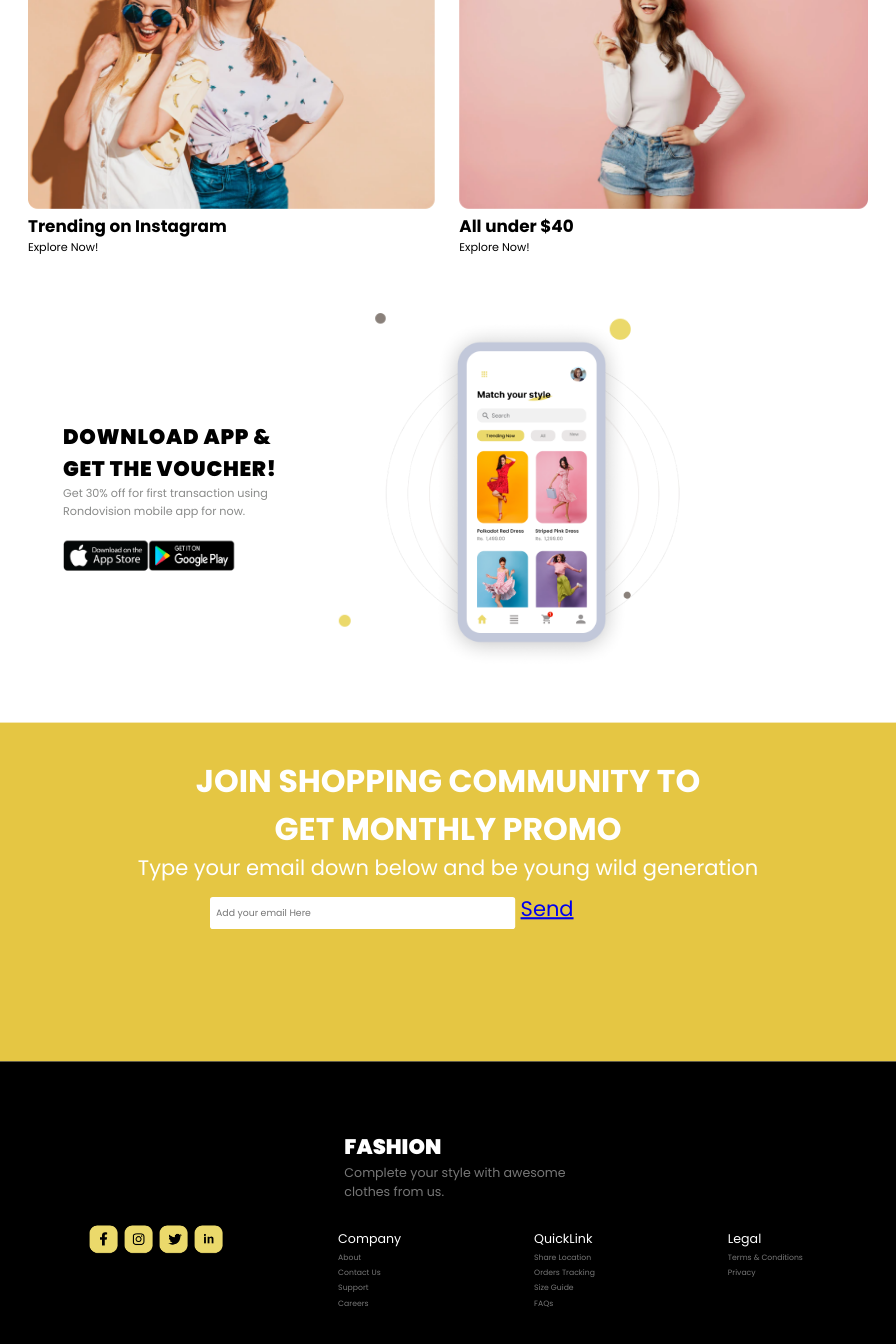
Repository: isaacCodes1/FashionWebsite
Page: index.html
An editor plug-in stored every save of this project. The page is shown before and after the next save, followed by the edit.
The browser window is 1280 px wide. The pictures show the part of the page from y = 2536 to 4456 px (the page is 4456 px tall before and 4418 px after), at 70% of full size.

Above is the page before, as saved 2024-03-14 10:35:16.

### index.html
<!DOCTYPE html>
<html lang="en">
  <head>
    <meta charset="UTF-8" />
    <meta name="viewport" content="width=device-width, initial-scale=1.0" />
    <title>Shopping Site Assignment</title>
    <link rel="stylesheet" href="style.css" />
  </head>
  <body>
    <header>
      <nav>
        <!--------- NavItems ------->
        <div class="image">
          <a href="#"><img src="/Assets/Vector (3).png" />FASHION</a>
        </div>
        <div class="navItems">
          <ul>
            <li><a href="#">CATALOGUE</a></li>
            <li><a href="#">FASHION</a></li>
            <li><a href="#">FAVORITE</a></li>
            <li><a href="#">LIFESTYLE</a></li>
          </ul>
          <button>SIGN UP</button>
        </div>
      </nav>
    </header>
    <main>
      <!------- FirstPage ------>
      <section class="firstPageCont">
        <div class="FirstPage">
          <div class="txtCont">
            <h1>
              <span class="spn1">LET'S <br /></span>EXPLORE <br />
              <span class="spn2">UNIQUE <br /></span>CLOTHES.
            </h1>
            <p>Live for Influential and Innovative fashion!</p>
            <div class="txtBtn">
              <img src="/Assets/Vector 9.png" alt="" />
              <button class="btns">Shop Now</button>
            </div>
          </div>
          <div class="imgCont">
            <div class="star1"><img src="/Assets/Star 11.png" alt="" /></div>
            <div class="star2"><img src="/Assets/Star 11.png" alt="" /></div>
            <div class="star3"><img src="/Assets/Star 11.png" alt="" /></div>
            <div class="star4"><img src="/Assets/Star 11.png" alt="" /></div>
            <img src="/Assets/girl.png" alt="" />
          </div>
        </div>
      </section>
      <!------ Logos ------->
      <section class="firstPageFooter">
        <div class="logoCont">
          <img src="/Assets/HM.png" alt="" />
          <img src="/Assets/Obey.png" alt="" />
          <img src="/Assets/Shopify.png" alt="" />
          <img src="/Assets/Lacoste.png" alt="" />
          <img src="/Assets/Levis.png" alt="" />
          <img src="/Assets/Amazon.png" alt="" />
        </div>
      </section>
      <section class="nextPageCont">
        <div class="nextPageText">
          <h1>NEW ARRIVALS</h1>
          <img src="/Assets/Vector 9.png" alt="" />
        </div>
        <div class="prettyImages">
          <div class="Images">
            <div class="prettyImg">
              <img src="/Assets/image1.png" alt="" />
            </div>
            <div class="prettyText">
              <div class="txtIcon">
                <h1>Hoodies & Sweatshirt</h1>
                <p>Explore Now!</p>
              </div>
              <div class="icons"></div>
            </div>
          </div>
          <div class="Images">
            <div class="prettyImg">
              <img src="/Assets/image2.png" alt="" />
            </div>
            <div class="prettyText">
              <div class="txtIcon">
                <h1>Coats & Parkas</h1>
                <p>Explore Now!</p>
              </div>
              <div class="icons"></div>
            </div>
          </div>
          <div class="Images">
            <div class="prettyImg">
              <img src="/Assets/image3.png" alt="" />
            </div>
            <div class="prettyText">
              <div class="txtIcon">
                <h1>Tees & T-Shirt</h1>
                <p>Explore Now!</p>
              </div>
              <div class="icons"></div>
            </div>
          </div>
        </div>
      </section>
      <section class="payDay">
        <div class="genDiv">
          <div class="yellowImg">
            <img src="/Assets/image 12.png" alt="" />
          </div>
          <div class="yellowTxt">
            <h1><span class="spn3">PAYDAY</span>SALE NOW</h1>
            <p>
              Spend minimal $100 get 30% off <br />voucher code for your next
              purchase
            </p>
            <p><strong>1 June -10 June 2021</strong></p>
            <p class="para">*Terms &Conditions apply</p>
            <button class="btn">SHOP NOW</button>
          </div>
        </div>
      </section>
      <!--------   Images   ------->
      <section class="nextPageCont">
        <div class="nextPageText">
          <h1>Young's Favorite.</h1>
          <img class="vector" src="/Assets/Vector 9.png" alt="" />
        </div>
        <div class="prettyImages">
          <div class="Images">
            <div class="prettyImg">
              <img src="/Assets/Girls.png" alt="" />
            </div>
            <div class="prettyText">
              <div class="txtIcon">
                <h1>Trending on Instagram</h1>
                <p>Explore Now!</p>
              </div>
              <div class="icons"></div>
            </div>
          </div>

          <div class="Images">
            <div class="prettyImg">
              <img src="/Assets/Rectangle 49.png" alt="" />
            </div>
            <div class="prettyText">
              <div class="txtIcon">
                <h1>All under $40</h1>
                <p>Explore Now!</p>
              </div>
              <div class="icons"></div>
            </div>
          </div>
        </div>
      </section>
      <!---- Apps----->
      <section class="nextPageCont2">
        <div class="nextPageText2">
          <h1>DOWNLOAD APP & <br />GET THE VOUCHER!</h1>
          <p>
            Get 30% off for first transaction using <br />Rondovision mobile app
            for now.
          </p>
          <div class="store">
            <img src="/Assets/Apple Store.png" alt="" />
            <img src="/Assets/Google Play.png" alt="" />
          </div>
        </div>
        <div class="Images2">
          <div class="prettyImg2">
            <img src="/Assets/Mobile app.png" alt="" />
            <div class="circle1"><img src="/Assets/circle.png" alt="" /></div>
            <div class="circley"><img src="/Assets/circle y.png" alt="" /></div>
            <div class="circleye">
              <img src="/Assets/circle y.png" alt="" />
            </div>
            <div class="circle2"><img src="/Assets/circle.png" alt="" /></div>
            <div class="bigC"><img src="/Assets/back1.png" alt="" /></div>
            <div class="largeC">
              <img src="/Assets/lagrescircle.png" alt="" />
            </div>
            <div class="largeC1">
              <img src="/Assets/lagrescircle.png" alt="" />
            </div>
          </div>
        </div>
        <div class="icons"></div>
      </section>
      <!------ Footer ------>
      <section class="footer">
        <div class="footerDiv">
          <div class="h1footer">
            <h1>
              JOIN SHOPPING COMMUNITY TO <br />
              GET MONTHLY PROMO
            </h1>
          </div>
          <div class="pFooter">
            <p>Type your email down below and be young wild generation</p>
            <div class="input">
              <input
                class="input"
                type="text"
                placeholder="Add your email Here"
              />
              <!-- <input class="inputbtn" type="button" value="SEND" /> -->
              <a href="#">Send</a>
            </div>
          </div>
        </div>
      </section>
      <section class="foot">
        <div class="footDiv">
          <div class="footTxt">
            <h1>FASHION</h1>
            <p>
              Complete your style with awesome <br />
              clothes from us.
            </p>
          </div>

          <div class="socialIcons">
            <div class="icon">
              <img src="/Assets/Facebook.png" alt="" />
            </div>
            <div class="icon">
              <img src="/Assets/Instagram.png" alt="" />
            </div>
            <div class="icon">
              <img src="/Assets/Twitter.png" alt="" />
            </div>
            <div class="icon">
              <img src="/Assets/Linkedn.png" alt="" />
            </div>
            <div class="links">
              <div class="links1">Company</div>
              <div class="links2">About</div>
              <div class="links2">Contact Us</div>
              <div class="links2">Support</div>
              <div class="links2">Careers</div>
            </div>
            <div class="links">
              <div class="links1">QuickLink</div>
              <div class="links2">Share Location</div>
              <div class="links2">Orders Tracking</div>
              <div class="links2">Size Guide</div>
              <div class="links2">FAQs</div>
            </div>
            <div class="links">
              <div class="links1">Legal</div>
              <div class="links2">Terms & Conditions</div>
              <div class="links2">Privacy</div>
            </div>
          </div>
        </div>
      </section>
    </main>
  </body>
</html>

### style.css
@import url("https://fonts.googleapis.com/css2?family=Poppins:ital,wght@0,100;0,200;0,300;0,400;0,500;0,600;0,700;0,800;0,900;1,100;1,200;1,300;1,400;1,500;1,600;1,700;1,800;1,900&display=swap");
* {
  margin: 0;
  padding: 0;
  box-sizing: border-box;
  font-family: "Poppins", sans-serif;
}
nav {
  display: flex;
  align-items: center;
  justify-content: space-between;
  width: 100%;
  padding: 20px 40px;
}
.image a {
  display: flex;
  align-items: center;
  gap: 6px;
  text-decoration: none;
  color: #000;
  font-size: 16px;
  font-weight: 900;
}
.image a img {
  width: 16%;
}
.navItems {
  display: flex;
  gap: 30px;
  align-items: center;
}
.navItems ul {
  display: flex;
  gap: 30px;
  list-style: none;
}
.navItems ul li a {
  text-decoration: none;
  color: #000;
  font-size: 16px;
  font-weight: 500;
}
.navItems ul li:hover {
  transform: scale(1.05);
  transition: 1s ease-in-out;
}
.navItems button {
  border: 0;
  background: #000;
  padding: 10px 20px;
  color: #fff;
  border-radius: 5px;
  font-size: 13px;
}
.navItems button:hover {
  transform: scale(1.05);
  transition: 1s ease-in-out;
  color: #000;
  background: rgb(137, 136, 136);
}
/* firstPageCtn */
.firstPageCont {
  padding: 20px 40px;
}
.FirstPage {
  display: flex;
  flex: 1;
  width: 100%;
  height: 90vh;
  padding: 40px 10px 0px 10px;
  border-radius: 30px;
  background: #f4f6f5;
}
.txtCont {
  display: flex;
  flex: 0.5;
  flex-direction: column;
  gap: 10px;
  padding-left: 40px;
}

.txtCont h1 {
  font-size: 64px;
  font-weight: 900;
  width: 50%;
  line-height: 75px;
}

.txtCont p {
  font-size: 20px;
}
.txtBtn {
  display: flex;
  align-items: center;
  width: 80%;
  margin-top: 10px;
  gap: 10px;
}
.btns {
  border: 0;
  background: #000;
  padding: 10px 20px;
  color: #fff;
  border-radius: 5px;
  font-size: 13px;
}
.btns:hover {
  transform: scale(1.05);
  transition: 1s ease-in-out;
  color: #000;
  background: rgb(137, 136, 136);
}
.txtBtn img {
  width: 100px;
}
.imgCont {
  flex: 0.5;
  display: flex;
  position: relative;
}
.star1 {
  position: absolute;
  top: 5px;
  left: 10px;
}
.star1 img {
  width: 30px;
}
.star2 {
  position: absolute;
  top: 20px;
  left: 450px;
}
.star2 img {
  width: 30px;
}
.star3 {
  position: absolute;
  bottom: 10px;
  left: 70px;
}
.star3 img {
  width: 30px;
}
.star4 {
  position: absolute;
  bottom: 20px;
  left: 400px;
}
.star4 img {
  width: 30px;
}
.spn1 {
  display: flex;
  align-items: center;
  background-image: url(/Assets/rectangle1.png);
  background-size: cover;
  background-repeat: no-repeat;
  width: 100%;
  padding-left: 20px;
}
.spn2 {
  background-image: url(/Assets/Rectangle2.png);
  background-size: cover;
  background-repeat: no-repeat;
  padding-right: 50px;
  padding-left: 20px;
}
/* next Page */
.firstPageFooter {
  background: #ebd96b;
  padding: 20px 30px;
  display: flex;
  align-items: center;
  justify-content: center;
}
.logoCont {
  display: flex;
  justify-content: center;
  gap: 50px;
}
.logoCont img {
  width: 7%;
}
.nextPageCont {
  margin-top: 20px;
  padding: 20px 40px;
  display: flex;
  flex-direction: column;
  gap: 55px;
  margin-bottom: 50px;
}
.nextPageText {
  position: relative;
}
.nextPageText h1 {
  font-size: 38px;
  letter-spacing: 1px;
  font-weight: 900;
}
.nextPageText img {
  position: absolute;
  bottom: 5px;
  left: 200px;
  width: 10%;
  z-index: -1;
}
.prettyImages {
  display: flex;
  gap: 35px;
}

.prettyImg img {
  width: 100%;
}
.payDay {
  background: linear-gradient(
    1.32deg,
    #e0c340 0.13%,
    #dfc23e 3.97%,
    #e1c441 7.2%,
    #e3c743 10.13%,
    #e4c542 12.98%,
    #e6c744 15.99%,
    #e7c845 19.52%,
    #e5c643 23.96%,
    #e6c945 30.43%,
    #e3c743 36.49%,
    #e9ca48 42.49%,
    #edce49 49.35%,
    #f0d44c 55.42%,
    #f4d84f 61.43%,
    #f6da52 65.74%,
    #f7db53 72.23%,
    #f9dd55 77.43%,
    #f9df56 83.84%,
    #fae157 91.52%,
    #f9df56 97.87%
  );
}
.yellowTxt {
  flex-direction: column;
  margin-bottom: 10px;
}
.yellowTxt h1 {
  font-size: 65px;
  font-weight: 900;
}
.yellowTxt p {
  font-size: 22px;
  font-weight: 500;
}

.yellowImg img {
  flex: 0.5;
  display: flex;
  width: 600px;
  position: relative;
}

.genDiv {
  display: flex;
  align-items: center;
}
.btn {
  border: 0;
  background: #000;
  padding: 15px 25px;
  color: #fff;
  border-radius: 5px;
  font-size: 18px;
  font-weight: 500;
}
.btn:hover {
  transform: scale(1.05);
  transition: 1s ease-in-out;
  color: #000;
  background: rgb(137, 136, 136);
}
.spn3 {
  display: flex;
  background-image: url(/Assets/rectangle1.png);
  background-size: cover;
  background-repeat: no-repeat;
  width: 300px;
}
.nxtSect {
  margin-top: 20px;
  padding: 20px 40px;
  display: flex;
  flex-direction: column;
  gap: 50px;
  margin-bottom: 50px;
}
.nxtSectText {
  position: relative;
}
.nxtSectText h1 {
  font-size: 38px;
  letter-spacing: 1px;
  font-weight: 900;
}
.nxtSectText img {
  position: absolute;
  bottom: 6px;
  left: 250px;
  width: 10%;
  z-index: -1;
}
.assetText {
  display: flex;
  flex-direction: column;
}

/* storeSection */
.nextPageCont1 {
  margin-top: 20px;
  padding: 20px 40px;
  display: flex;
  flex-direction: column;
  gap: 50px;
  margin-bottom: 50px;
}
.nextPageText1 {
  position: relative;
  margin-left: 70px;
}
.nextPageText1 h1 {
  font-size: 38px;
  letter-spacing: 1px;
  font-weight: 900;
}
.prettyImages1 {
  display: flex;
  gap: 35px;
}
.prettyImg1 img {
  width: 40%;
  cursor: pointer;
}
.Images2 {
  display: flex;
}
.prettyImg2 {
  position: relative;
}
.prettyImg2 img {
  width: 70;
  height: 500px;
  margin-left: 70px;
}
.nextPageCont2 {
  margin-top: 20px;
  padding: 20px 40px;
  display: flex;
  gap: 50px;
  margin-bottom: 50px;
  align-items: center;
}
.nextPageText2 {
  display: flex;
  flex-direction: column;
  margin-left: 50px;
}
.nextPageText2 p {
  margin-bottom: 30px;
  color: #898a89;
}
.nextPageText2 h1 {
  font-size: 30px;
  letter-spacing: 1px;
  font-weight: 900;
}
.nextPageText2 img {
  width: 30%;
  cursor: pointer;
  display: flex;
}
.store {
  display: flex;
}
.circle1 {
  position: absolute;
  right: 350px;
  bottom: 500px;
}
.circle1 img {
  width: 15px;
  height: 15px;
  display: flex;
}
.circley {
  position: absolute;
  right: 0;
  bottom: 470px;
}
.circley img {
  width: 30px;
  height: 30px;
}
.circleye {
  position: absolute;
  right: 400px;
  bottom: 60px;
}
.circleye img {
  width: 17px;
  height: 17px;
}
.circle2 {
  position: absolute;
  right: 0;
  bottom: 100px;
}
.circle2 img {
  width: 10px;
  height: 10px;
}
.elipses {
  position: absolute;
}
.bigC {
  position: absolute;
  right: -12px;
  bottom: 100px;
  z-index: -1;
}
.bigC img {
  width: 300px;
  height: 300px;
  background: transparent;
}

.largeC {
  position: absolute;
  right: -41px;
  bottom: 70px;
  z-index: -1;
}
.largeC img {
  width: 360px;
  height: 360px;
  /* background: transparent; */
}
.largeC1 {
  position: absolute;
  right: -70px;
  bottom: 50px;
  z-index: -1;
}
.largeC1 img {
  width: 420px;
  height: 400px;
}
.footerDiv {
  background: #e5c643;
  padding-bottom: 170px;
}
.h1footer {
  color: #fff;
  text-align: center;
  padding-top: 50px;
  font-size: 30px;
  font-weight: 1000;
}
.pFooter {
  text-align: center;
  color: #fff;
  font-size: 30px;
}
.input {
  border: 1px;
  padding: 13px 170px 13px 9px;
  border-radius: 4px;
  outline: none;
  position: relative;
  margin-bottom: 3px;
}
.inputbtn {
  background: #000;
  color: #fff;
}
.footDiv {
  background: #000;
  padding-right: 50px;
  padding-left: 70px;
  place-items: center;
}
.footTxt h1 {
  padding-top: 100px;
}
.footTxt p {
  padding-bottom: 40px;
}
.footTxt h1 {
  color: #fff;
  font-size: 30px;
  font-weight: 900;
}
.footTxt p {
  color: #777;
  font-size: 18px;
}
.socialIcons {
  display: flex;
  gap: 20px;
}

.icon {
  background: #ebd96b;
  width: 30px;
  display: flex;
  align-items: center;
  justify-content: center;
  height: 30px;
  border-radius: 8px;
}
.icon img {
  display: flex;
  align-items: center;
  width: 40px;
  place-items: center;
}
.links {
  margin-left: 150px;
  padding-right: 20px;
  margin-bottom: 50px;
}
.links1 {
  display: flex;
  flex-direction: column;
  color: #fff;
  font-size: 18px;
  margin-top: 0px;
}
.links2 {
  color: #777;
  font-size: 11px;
  padding-top: 5px;
}

After the next save:
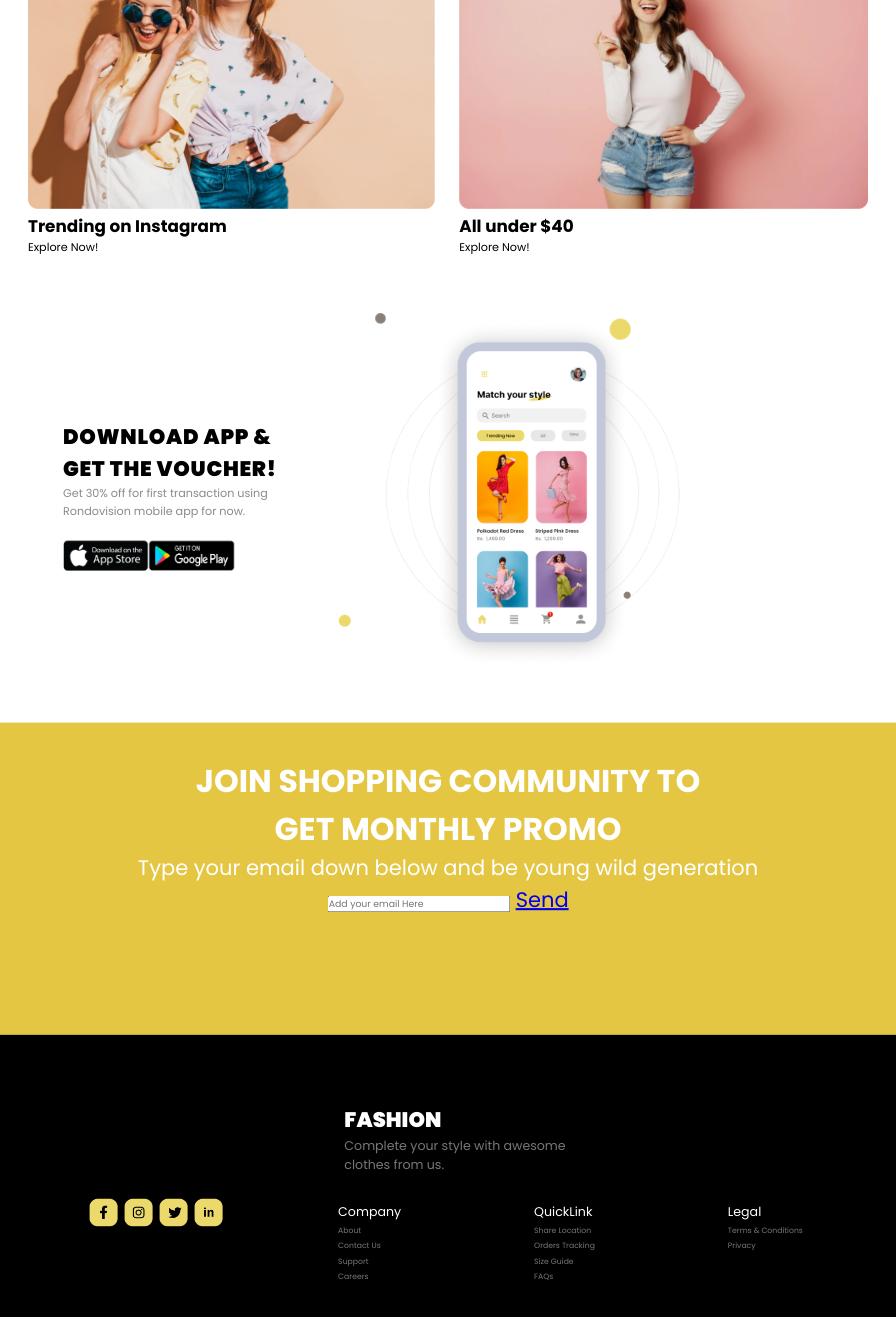
Saved 23 s later.
--- a/style.css
+++ b/style.css
@@ -468,7 +468,7 @@
   color: #fff;
   font-size: 30px;
 }
-.input {
+/* .input {
   border: 1px;
   padding: 13px 170px 13px 9px;
   border-radius: 4px;
@@ -479,7 +479,7 @@
 .inputbtn {
   background: #000;
   color: #fff;
-}
+} */
 .footDiv {
   background: #000;
   padding-right: 50px;
